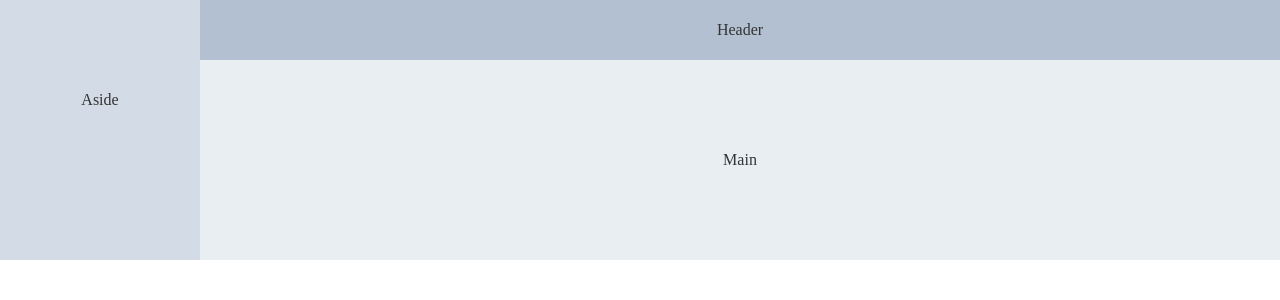
Repository: heyegang/vuex
Page: /
An editor plug-in stored every save of this project. The page is shown before and after the next save, followed by the edit.
The browser window is 1280 px wide. The pictures show the whole page.
The project was rebuilt for these pictures with package versions that can differ from the ones it lists, and the page was loaded fresh each time. Also part of the build but not shown: vue.config.js, src/views/Home.vue.

Above is the page before, as saved 2021-01-06 09:14:54.

### src/main.js
import Vue from "vue";
import App from "./App.vue";
import router from "./router";
import store from "./store";
import ElementUI from "element-ui";
import "element-ui/lib/theme-chalk/index.css"

Vue.use(ElementUI)
Vue.config.productionTip = false;

new Vue({
  router,
  store,
  render: h => h(App)
}).$mount("#app");

### src/App.vue
<template>
  <div id="app">
    <router-view />
  </div>
</template>

<style lang="scss">
*{
  margin: 0;
  padding: 0;
}
html,body,#app{
  height: 100%;
}
</style>

### src/router/index.js
import Vue from "vue";
import VueRouter from "vue-router";
import Home from "../views/Home.vue";
import Layout from "../views/layout/Layout.vue";

Vue.use(VueRouter);

const routes = [{
   path:"",
  component:Layout,
  children:[{
    path: "/",
    name: "Home",
    component: Home
  },

  ]},
  {
    path: "/login",
    name: "login",
    component: () => import('../views/login/Login.vue')
  },
];

const router = new VueRouter({
  mode: "history",
  base: process.env.BASE_URL,
  routes
});

export default router;

### src/store/index.js
import Vue from "vue";
import Vuex from "vuex";
import user from "./user"

Vue.use(Vuex);

export default new Vuex.Store({
  state: {
    // 存放数据
  },
  mutations: {
    // 同步修改state
  },
  actions: {},
  modules: {
    // 代表模块
    user
  }
});

### src/views/layout/Layout.vue
<template>
    <div>
        <el-container>
        <el-aside width="200px">Aside</el-aside>
        <el-container>
            <el-header>Header</el-header>
            <el-main>Main</el-main>
        </el-container>
        </el-container>
    </div>
</template>

<script>
export default {
  name: '',
  props:{},
  data () {
    return {
    }
  },
  components: {},
  methods: {},
  mounted() {},
  computed: {},
  watch: {}
}
</script>

<style lang='scss' scoped>
  .el-header, .el-footer {
    background-color: #B3C0D1;
    color: #333;
    text-align: center;
    line-height: 60px;
  }

  .el-aside {
    background-color: #D3DCE6;
    color: #333;
    text-align: center;
    line-height: 200px;
  }

  .el-main {
    background-color: #E9EEF3;
    color: #333;
    text-align: center;
    line-height: 160px;
  }

  body > .el-container {
    margin-bottom: 40px;
  }

  .el-container:nth-child(5) .el-aside,
  .el-container:nth-child(6) .el-aside {
    line-height: 260px;
  }

  .el-container:nth-child(7) .el-aside {
    line-height: 320px;
  }
</style>

### src/store/user.js
import { Message } from "element-ui";
import api from '../http/api';
import router from '../router'

export default {
    namespaced:true,
    // 开启命名空间

    state: {
        // 存放数据
        users:[]
      },
      mutations: {
        // 同步修改state
        setUsers(state,data){
            state.user = data
        }
      },
      actions: {
        //   发请求
        // 所有的方法
        // 登录 每一个action的方法都有两个参数 第一个是store 第二个是请求的参数
        // store可以解构为commit dispatch(提交另外一个action)
        async login(_,params){
            let res = await api.login(params)
            if(res.meta.status === 200){
                // 请求成功 存用户 跳转路由 提示用户
                localStorage.setItem('user', JSON.stringify(res.data))
                localStorage.setItem('token', res.data.token)
                Message.success('登录成功')
                router.push('/')
            } else {
                Message.error(res.meta.msg)
            }
        },
        async getUsers({commit},params){
            let res = await api.getUsers(params)
            if(res.meta.status === 200) {
                commit('setUsers',res.data)
            }else {
                Message.error(res.meta.msg)
            }
        }
      },
}

### src/http/api.js
import http from './index'

export default{
     login({username,password}){
        return http.post('/login',{
            username,
            password
        })
     },
     getUsers({pagenum,pagesize,query}){
         if(query){
             return http.get(`/users?pagenum=${pagenum}&pagesize=${pagesize}&query=${query}`)
         } else {
             return http.get(`/users?pagenum=${pagenum}&pagesize=${pagesize}`)
         }

     },
}

### src/http/index.js
import axios from 'axios'
import nprogress from 'nprogress'
import 'nprogress/nprogress.css'
import {Message} from 'element-ui'

// 需要区分当前环境是开发环境(development)还是生产环境(production)
let isPro = process.env.NODE_ENV === 'productin'

const http = axios.create({
    baseURL: isPro ? '线上接口路径':'/api',
    timeout:10000
})

// 请求拦截
http.interceptors.request.use(config =>{
    nprogress.start()
    // 配置token token是鉴权的一种方式
    // 在登陆成功后 会返回当前用户的token 存在本地
    // 可用（百度：js加密插件）加密插件加密token
    let token = localStorage.getItem('token')
    // 账号密码和token分开存
    if(token){
        config.headers.Authorization = token
    }
    return config
},err =>{
    nprogress.done()
    return Promise.reject(err)
})

// 响应拦截
http.interceptors.response.use(res => {
    nprogress.done()
    return res.data
},err => {

    // 请求失败
    let status = err.response && err.response.status
    // 状态码
    if (status === 400) {
        Message.error('参数错误')
    }
    if (status === 401) {
        Message.error('没有权限')
    }
    if (status === 403) {
        Message.error('登录过期')
    }
    if (status === 404) {
        Message.error('路径错误')
    }
    if (status === 500) {
        Message.error('服务器错误')
    }
    if (status === 403) {
        Message.error('服务器在维护')
    }
    return Promise.reject(err)
})


export default http

Loaded but not shown: public/index.html (common file)

After the next save:
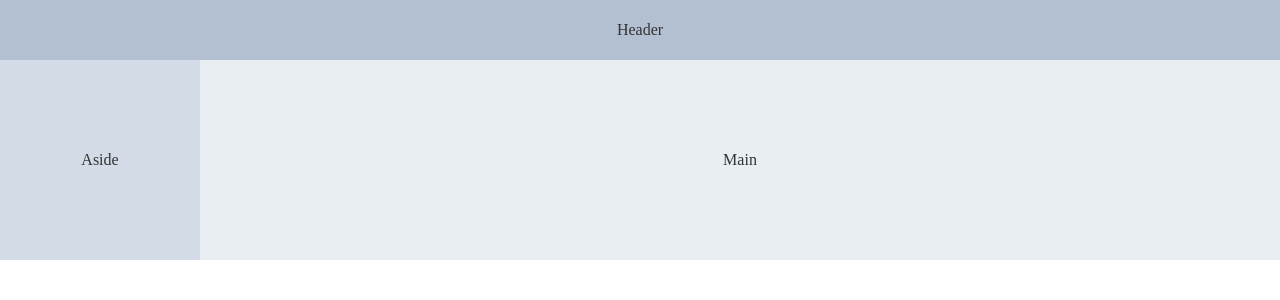
Saved 60 s later.
--- a/src/views/layout/Layout.vue
+++ b/src/views/layout/Layout.vue
@@ -1,9 +1,9 @@
 <template>
     <div>
         <el-container>
-        <el-aside width="200px">Aside</el-aside>
+        <el-header>Header</el-header>
         <el-container>
-            <el-header>Header</el-header>
+            <el-aside width="200px">Aside</el-aside>
             <el-main>Main</el-main>
         </el-container>
         </el-container>
